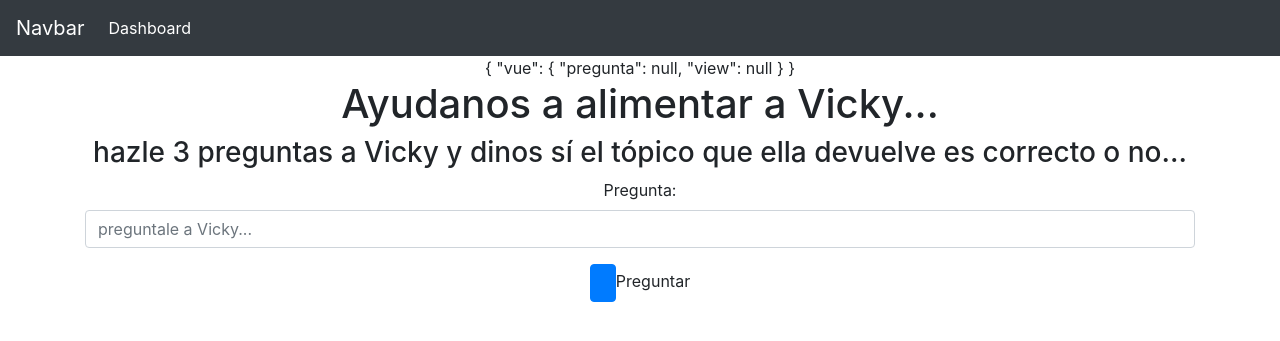
Repository: Crixtiancub/feedback_Vicky
Page: http://localhost/
An editor plug-in stored every save of this project. The page is shown before and after the next save, followed by the edit.
The browser window is 1280 px wide. The pictures show the whole page.
The page is served by the project's application, run on Django 3.2 (manage.py). Other server files are loaded and not shown.

Above is the page before, as saved 2021-05-11 10:30:16.

### vicky/templates/dashboard.html
{% extends 'main.html' %}

{% block content %}

<div id="form_vicky" class="container text-center">

    [[ $data ]]

    <h1>Ayudanos a alimentar a Vicky...</h1>

    <h3>hazle {{ num_visits }} {%if num_visits == 1%} pregunta{% else %}
        preguntas{% endif %}  a Vicky y dinos sí el tópico que ella
        devuelve es correcto o no...</h3>

    <form id="preguntar_Vicky" action="{% url 'home' %}" method="POST">
        {% csrf_token%}

        <div class="form-group">
            <label for="txt_pregunta_Vicky">Pregunta:</label><br>

            <input type="text" id="txt_pregunta_Vicky"
            name="pregunta_Vicky" v-model="pregunta" class="col-sm form-control"
            placeholder="preguntale a Vicky..." required>
        </div>

        <input type="submit" id="preguntar" class="btn btn-primary" value="Preguntar" v-model="vue.view">Preguntar</input>
    </form>

    <br>

    <div id="target" v-if="vue.view == 'Preguntar'">
        <form method="POST">
            {% csrf_token%}

            <h3>Su pregunta para Vicky fue...</h3>
            <input type="text" aling="center" class="col-sm-8" readonly name="retorno_Pregunta" value="{{ pregunta }}" >
            <br>
            <br>

            <h3>La respuesta Vicky es...</h3>
            <input type="text" aling="center" class="col-sm-8" readonly name="retorno_Respuesta" value="{{ respuesta }}">
            <br>

            <h3>Vicky contesto correctamente ?</h3>
            <br>

            <input type="submit" class="col-sm-2 btn btn-primary" v-model="vue.view"
             id="responder_Si" value="Si" name="Si">
            <input type="submit" class="col-sm-2 btn btn-warning" v-model="vue.view"
             id="responder_No" value="No" name="No">
        </form>
    </div>

</div>

<script>

    // window.onbeforeunload = function(event) {
    //     event.preventDefault();
    //     return false;
    // }

    const app = new Vue({
        delimiters: ['[[', ']]'],
        el: '#form_vicky',
        data: {
            vue :{
                pregunta: null,
                view: null
            }
        },
        methods:{
            checkForm: function (e) {

                if (this.pregunta) {
                    return true;
                }

                if (!this.pregunta) {
                    return false;
                }
            }
        }
    })

</script>

{% endblock %}

### vicky/templates/main.html
<!DOCTYPE html>
 <!-- Latest compiled and minified CSS -->
 <link rel="stylesheet" href="https://maxcdn.bootstrapcdn.com/bootstrap/4.5.2/css/bootstrap.min.css">

 <!-- jQuery library -->
 <script src="https://ajax.googleapis.com/ajax/libs/jquery/3.5.1/jquery.min.js"></script>

 <!-- Popper JS -->
 <script src="https://cdnjs.cloudflare.com/ajax/libs/popper.js/1.16.0/umd/popper.min.js"></script>

 <!-- Latest compiled JavaScript -->
 <script src="https://maxcdn.bootstrapcdn.com/bootstrap/4.5.2/js/bootstrap.min.js"></script>

<!-- versión de desarrollo, incluye advertencias de ayuda en la consola -->
<script src="https://unpkg.com/vue"></script>

<html>
    <head>
        <title>
            Prueba1
        </title>
    </head>
    <body>
        {% include 'navbar.html' %}

        {% block content %}

        {% endblock %}
    </body>
</html>

### vicky/templates/navbar.html
 <nav class="navbar navbar-expand-lg navbar-dark bg-dark">
    <a class="navbar-brand" href="#">Navbar</a>
    <button class="navbar-toggler" type="button" data-toggle="collapse" data-target="#navbarSupportedContent" aria-controls="navbarSupportedContent" aria-expanded="false" aria-label="Toggle navigation">
      <span class="navbar-toggler-icon"></span>
    </button>

    <div class="collapse navbar-collapse" id="navbarSupportedContent">
      <ul class="navbar-nav mr-auto">
        <li class="nav-item active">
          <a class="nav-link" href="{% url 'home' %}" disabled="true">Dashboard</a>
        </li>
        <!-- <li class="nav-item dropdown">
          <a class="nav-link dropdown-toggle" href="#" id="navbarDropdown" role="button" data-toggle="dropdown" aria-haspopup="true" aria-expanded="false">
            Dropdown
          </a>
          <div class="dropdown-menu" aria-labelledby="navbarDropdown">
            <a class="dropdown-item" href="#">Action</a>
            <a class="dropdown-item" href="#">Another action</a>
            <div class="dropdown-divider"></div>
            <a class="dropdown-item" href="#">Something else here</a>
          </div>
        </li>
        <li class="nav-item">
          <a class="nav-link disabled" href="#">Disabled</a>
        </li>
      </ul>
      <form class="form-inline my-2 my-lg-0">
        <input class="form-control mr-sm-2" type="search" placeholder="Search" aria-label="Search">
        <button class="btn btn-outline-success my-2 my-sm-0" type="submit">Search</button>
      </form> -->
    </div>
  </nav>

### vicky/views.py
from django.shortcuts import render, redirect
import os
from modelo_IA.archivos_Python.pipeline import Pipeline
from vicky import templates
from .models import *
from django.template.response import TemplateResponse

model = Pipeline()

# Create your views here.

def home(request):

    num_visits = request.session.get('num_visits', 3)

    if num_visits == 0:
        request.session['num_visits'] = 3

        # pregunta = str(request.POST.get('retorno_Pregunta'))
        # respuesta = str(request.POST.get('retorno_Respuesta'))

        pregunta = str(request.POST.get('pregunta_Vicky'))
        respuesta = model.run_model(pregunta)

        # if 'Si' in request.POST:
        #     acierto = str(request.POST.get('Si'))
        # else:
        #     acierto = str(request.POST.get('No'))

        # envio_Pregunta = preguntas_Vicky(
        #     pregunta=pregunta,
        #     respuesta=respuesta,
        #     acierto= acierto
        #     )

        # envio_Pregunta.save()

        # return redirect(noVisitas)

        context = {
            "pregunta":pregunta,
            "respuesta":respuesta,
            'num_visits': num_visits,
        }

        return TemplateResponse(request, 'dashboard.html' , context)


    if request.POST:
        request.session['num_visits'] -= 1

        # pregunta = str(request.POST.get('retorno_Pregunta'))
        # respuesta = str(request.POST.get('retorno_Respuesta'))

        pregunta = str(request.POST.get('pregunta_Vicky'))
        respuesta = model.run_model(pregunta)

        # if 'Si' in request.POST:
        #     acierto = str(request.POST.get('Si'))
        # else:
        #     acierto = str(request.POST.get('No'))

        # envio_Pregunta = preguntas_Vicky(
        #     pregunta=pregunta,
        #     respuesta=respuesta,
        #     acierto= acierto
        #     )
        # envio_Pregunta.save()

        context = {
            "pregunta":pregunta,
            "respuesta":respuesta,
            'num_visits': num_visits,
        }

        return TemplateResponse(request, 'dashboard.html' , context)
    else:
        contexto = {
            'num_visits': num_visits,
        }

        return render(request, 'dashboard.html', contexto)


def noVisitas(request):
    return render(request, 'noVisitas.html')

def respuesta_Vicky(request):
    pregunta = str(request.POST['pregunta_Vicky'])
    respuesta = model.run_model(pregunta)
    context = {
        "pregunta":pregunta,
        "respuesta":respuesta
    }
    return render(request, 'respuesta_Vicky.html', context)

### prueba_Vicky/urls.py
"""prueba_Vicky URL Configuration

The `urlpatterns` list routes URLs to views. For more information please see:
    https://docs.djangoproject.com/en/3.2/topics/http/urls/
Examples:
Function views
    1. Add an import:  from my_app import views
    2. Add a URL to urlpatterns:  path('', views.home, name='home')
Class-based views
    1. Add an import:  from other_app.views import Home
    2. Add a URL to urlpatterns:  path('', Home.as_view(), name='home')
Including another URLconf
    1. Import the include() function: from django.urls import include, path
    2. Add a URL to urlpatterns:  path('blog/', include('blog.urls'))
"""
from django.contrib import admin
from django.urls import path, include

urlpatterns = [
    path('admin/', admin.site.urls),
    path('', include('vicky.urls'))
]

### vicky/urls.py
from django.urls import path
from . import views


# Direccionamiento de las paginas
urlpatterns = [
    path(r'', views.home, name='home'),
    path(r'noVisitas/', views.noVisitas, name="noVisitas"),
    path(r'respuesta_Vicky/', views.respuesta_Vicky, name='respuesta_Vicky')
]

After the next save:
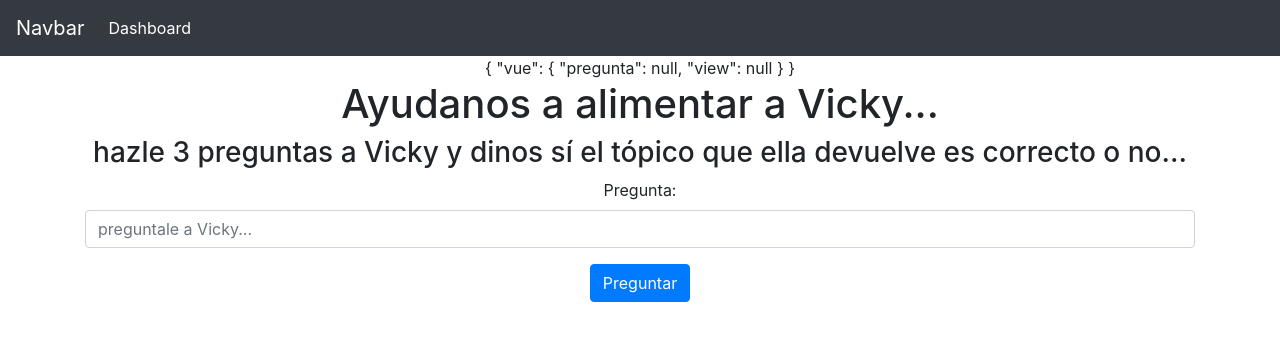
Saved 108 s later.
--- a/vicky/templates/dashboard.html
+++ b/vicky/templates/dashboard.html
@@ -23,7 +23,7 @@
             placeholder="preguntale a Vicky..." required>
         </div>
 
-        <input type="submit" id="preguntar" class="btn btn-primary" value="Preguntar" v-model="vue.view">Preguntar</input>
+        <button type="submit" id="preguntar" class="btn btn-primary" value="Preguntar" v-model="vue.view">Preguntar</button>
     </form>
 
     <br>
